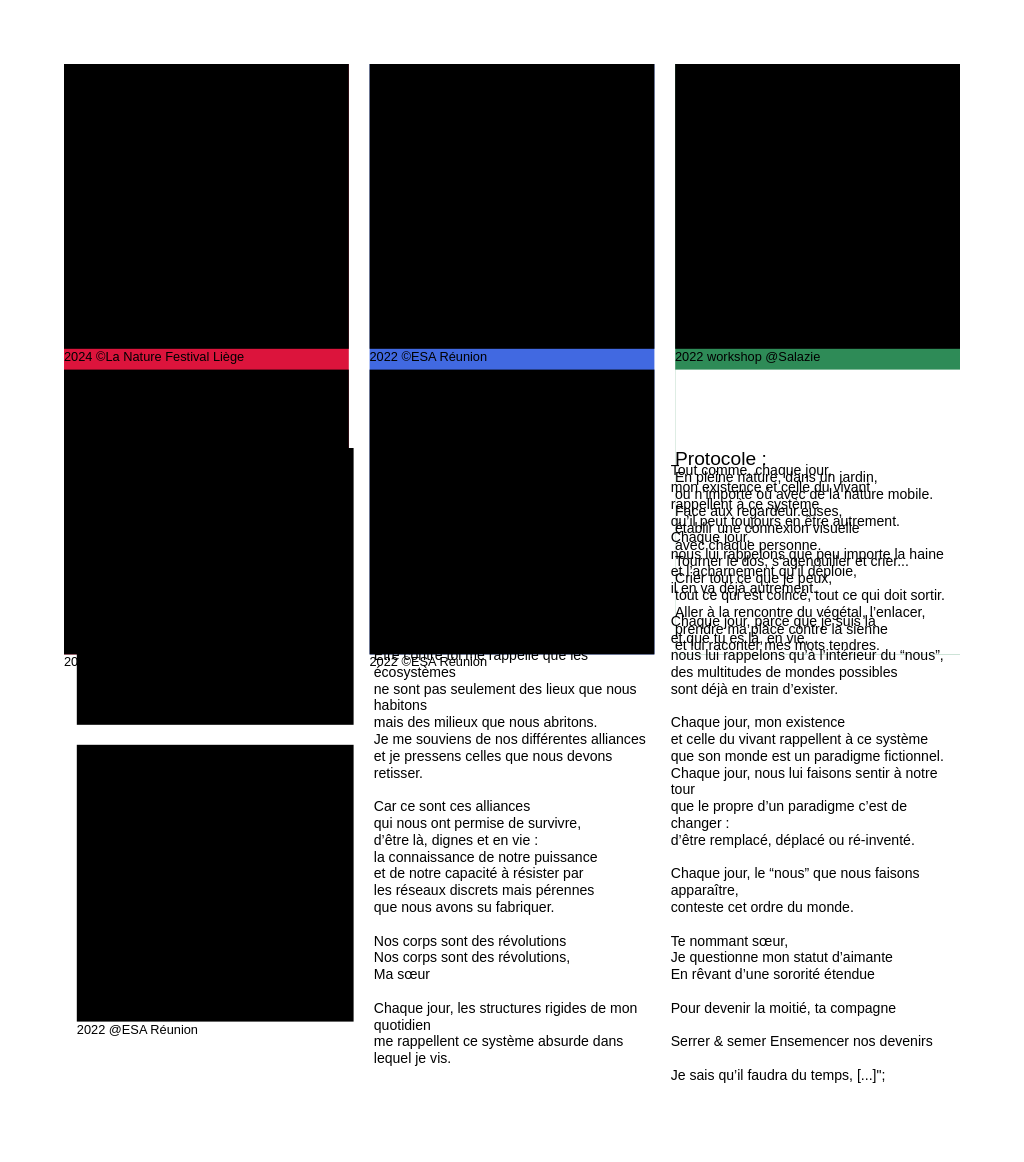
Repository: brunrhb/oce-p
Page: index.html
An editor plug-in stored every save of this project. The page is shown before and after the next save, followed by the edit.
The browser window is 1280 px wide. The pictures show the whole page, at 80% of full size.

Above is the page before, as saved 2025-06-07 11:36:17.

After the next save:
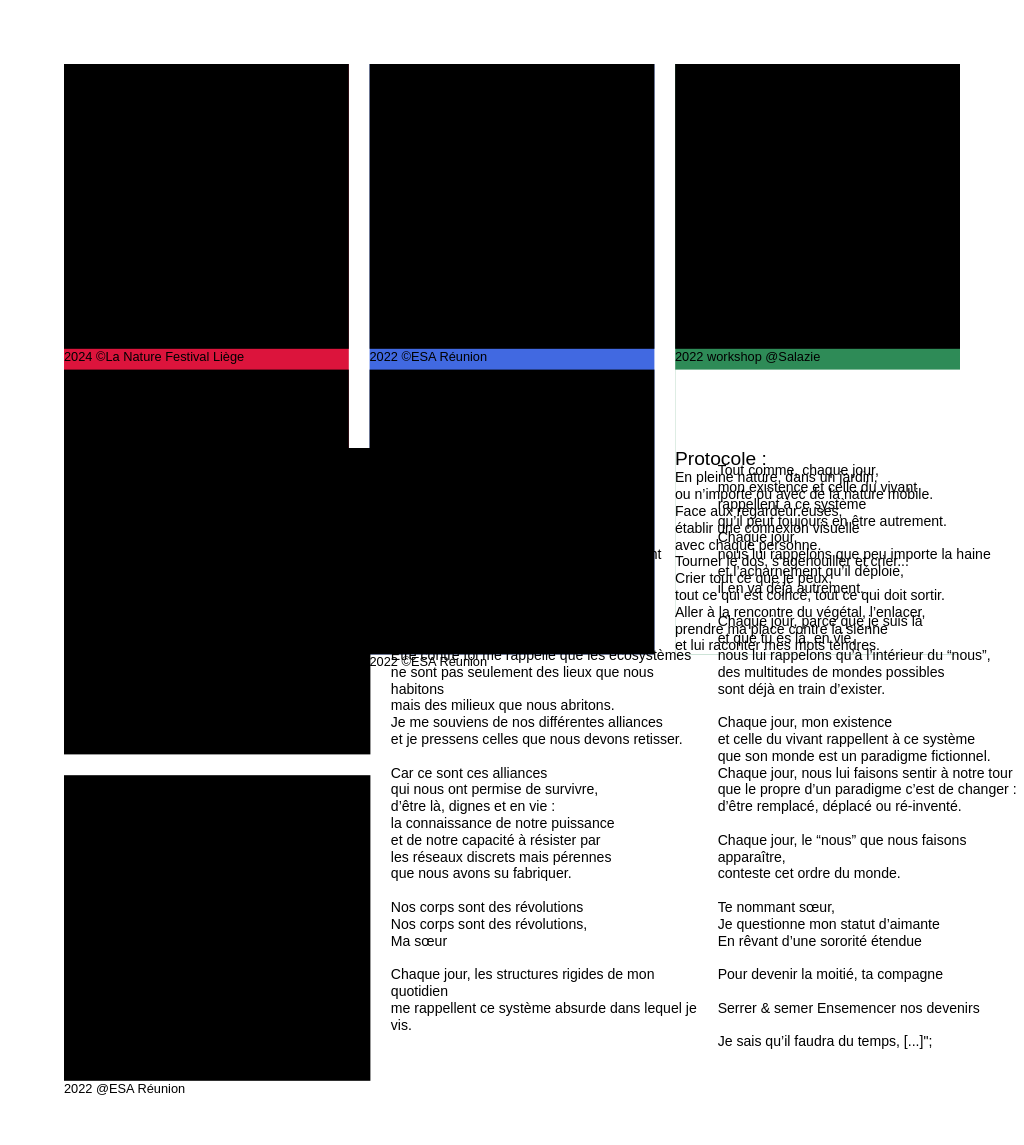
Saved 16 s later.
--- a/styles.css
+++ b/styles.css
@@ -111,8 +111,8 @@ credit v`
   display: grid;
   grid-template-columns: 1fr 1fr 1fr;
   padding-bottom: 5rem;
-  padding-left:6rem ;
-  padding-right:6rem ;
+  padding-left:5rem ;
+  padding-right:rem ;
   column-gap: 2vw;
 }
 
